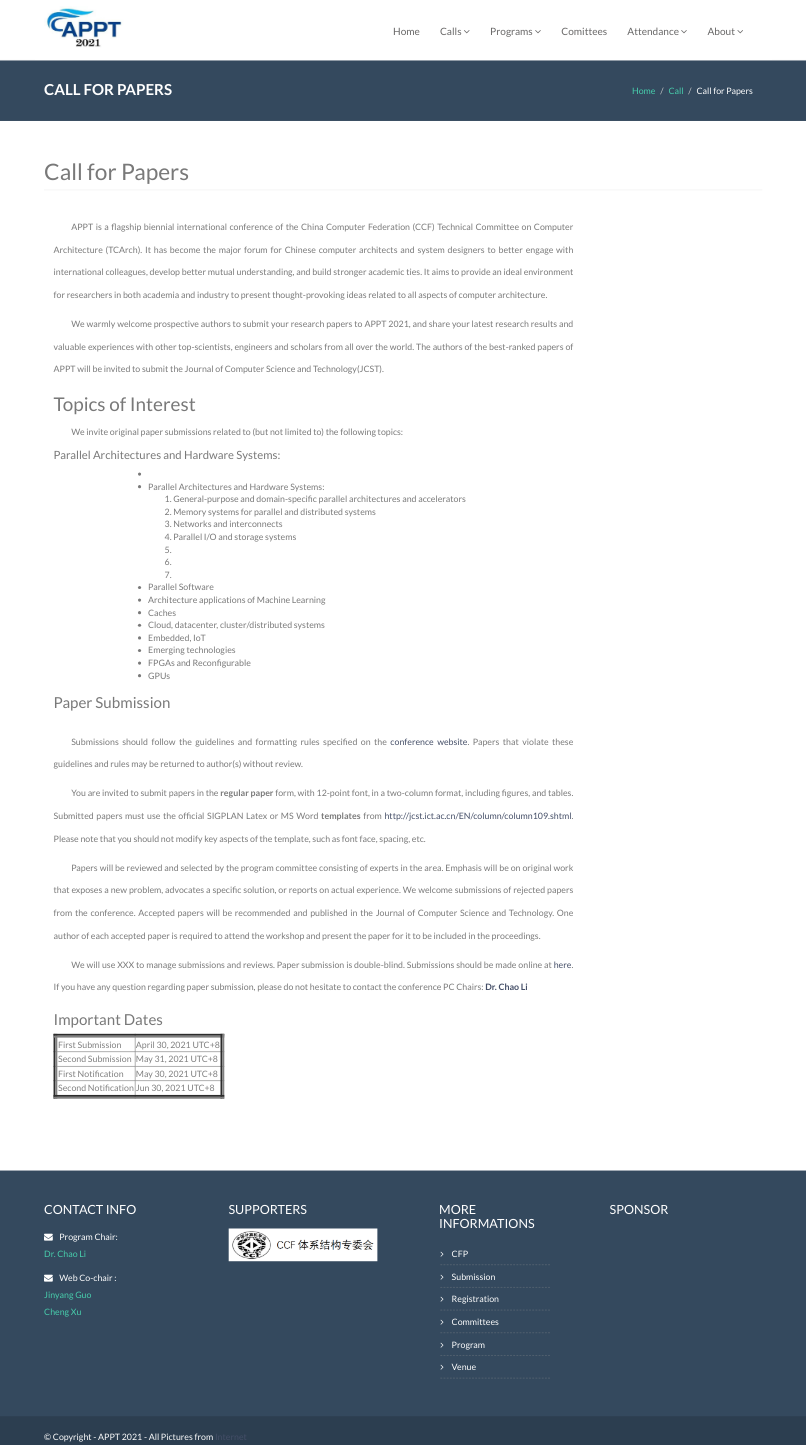
Repository: APPT2021/APPT2021.github.io
Page: call-papers.html
The author's editor kept a copy of each file at every save. The page is drawn from the files as they stood at one save, then again after a run of saves.
The browser window is 1280 px wide. The pictures show the whole page, at 63% of full size.

Above is the page before, as saved 2021-03-25 00:29:23.
Console error: ReferenceError: jQuery is not defined

### call-papers.html
<!DOCTYPE html>
<html lang="en">
  <head>
	  <script type="text/javascript" src="js/common/description.js"></script>

	  <script src="https://cdn.bootcss.com/semantic-ui/2.4.1/semantic.js"></script>
    	<link href="https://cdn.bootcss.com/semantic-ui/2.4.1/semantic.css" rel="stylesheet">

    <!-- Bootstrap core CSS -->
    <link href="css\bootstrap.min.css" rel="stylesheet">
    <link href="css\theme.css" rel="stylesheet">
    <link href="css\bootstrap-reset.css" rel="stylesheet">
    <!--external css-->
    <link href="assets\font-awesome\css\font-awesome.css" rel="stylesheet">
    <link rel="stylesheet" href="css\flexslider.css">
    <link href="assets\bxslider\jquery.bxslider.css" rel="stylesheet">
    <link rel="stylesheet" href="css\animate.css">
    <link href='http://fonts.googleapis.com/css?family=Lato' rel='stylesheet' type='text/css'>



      <!-- Custom styles for this template -->
    <link rel="stylesheet" type="text/css" href="css\component.css">
    <link href="css\style.css" rel="stylesheet">
    <link href="css\style-responsive.css" rel="stylesheet">

    <!-- HTML5 shim and Respond.js IE8 support of HTML5 tooltipss and media queries -->
    <!--[if lt IE 9]>
      <script src="js/html5shiv.js"></script>
      <script src="js/respond.min.js"></script>
    <![endif]-->
    <style type="text/css">
<!--
.STYLE1 {	font-size: 24px;
	font-weight: bold;
}
.STYLE2 {	font-size: 16px;
	font-weight: bold;
}
.p1{line-height: 27pt;word-wrap: break-word;text-indent: 2em;text-align: justify;}
-->
    </style>
</head>

  <body>
    <!--header start-->
    <script type="text/javascript" src="js/common/header.js"></script>
    <!--header end-->

    <!--breadcrumbs start-->
    <div class="breadcrumbs">
        <div class="container">
            <div class="row">
                <div class="col-lg-4 col-sm-4">
                    <h1>Call for Papers</h1>
                </div>
                <div class="col-lg-8 col-sm-8">
                    <ol class="breadcrumb pull-right">
                        <li><a href="index-real.html">Home</a></li>
						<li><a href="call-summary.html">Call</a></li>
                        <li class="active">Call for Papers</li>
                    </ol>
                </div>
            </div>
        </div>
    </div>
    <!--breadcrumbs end-->

    <!--container start-->
    <div class="component-bg">
        <div class="container">
            <!-- Forms
================================================== -->
<div class="bs-docs-section mar-b-30" style="padding-left: 0%;">
  <h1 id="forms" class="page-header">Call for Papers </h1>
<br>
  <div class="col-lg-9 col-lg-offset-0" itemprop="articleSection" style = "padding-bottom: 10%">
		<p class="p1">
			APPT is a flagship biennial international conference of the China Computer Federation (CCF) Technical Committee on Computer Architecture (TCArch). It has become the major forum for Chinese computer architects and system designers to better engage with international colleagues, develop better mutual understanding, and build stronger academic ties. It aims to provide an ideal environment for researchers in both academia and industry to present thought-provoking ideas related to all aspects of computer architecture.
		</p>
		<p class="p1">
			We warmly welcome prospective authors to submit your research papers to APPT 2021,
			and share your latest research results and valuable experiences with other top-scientists,
			engineers and scholars from all over the world. The authors of the best-ranked papers of APPT will be invited to submit the Journal of
		    Computer Science and Technology(JCST).
		</p>
		<h2>Topics of Interest</h2>
		<p class="p1">We invite original paper submissions related to (but not limited to) the following topics:</p>

		<h4>Parallel Architectures and Hardware Systems:</h4>
		<ul style="margin-left: 150px;">
			<li style=" text-align: justify;">
			<li style=" text-align: justify;">Parallel Architectures and Hardware Systems:</li>
				<ol>
				<li>General-purpose and domain-specific parallel architectures and accelerators</li>
				<li>Memory systems for parallel and distributed systems</li>
				<li>Networks and interconnects</li>
				<li>Parallel I/O and storage systems</li>
				<li></li>
				<li></li>
				<li></li>
				</ol>
			</li>
			<li style=" text-align: justify;">
				Parallel Software
			</li>
			<li style=" text-align: justify;">
				Architecture applications of Machine Learning
			</li>
			<li style=" text-align: justify;">
				Caches
			</li>
			<li style=" text-align: justify;">
				Cloud, datacenter, cluster/distributed systems
			</li>
			<li style=" text-align: justify;">
				Embedded, IoT
			</li>
			<li style=" text-align: justify;">
				Emerging technologies
			</li>
			<li style=" text-align: justify;">
				FPGAs and Reconfigurable
			</li>
			<li style=" text-align: justify;">
				GPUs
			</li>
		</ul>



		<h3>Paper Submission</h3>
		<br>
		<p class="p1">
			Submissions should follow the guidelines and formatting rules
			 specified on the <a href ="http://jcst.ict.ac.cn/EN/column/column107.shtml">conference website</a>.
			 Papers that violate these guidelines and rules may be returned
			 to author(s) without review.
		</p>
		<p class="p1">
		You are invited to submit papers in the <strong>regular paper</strong> form, with 12-point font, in a two-column format, including figures, and tables. Submitted papers must use the official SIGPLAN Latex or MS Word <strong>templates</strong> from
		<a href="http://jcst.ict.ac.cn/EN/column/column109.shtml">http://jcst.ict.ac.cn/EN/column/column109.shtml</a>. Please note that you should
		not modify key aspects of the template, such as font face, spacing, etc.
		</p>
		<p class="p1">
		 Papers will be reviewed and selected by the program committee consisting of experts in the area.
		 Emphasis will be on original work that exposes a new problem, advocates a specific solution,
		  or reports on actual experience. We welcome submissions of rejected papers from the conference.
		  Accepted papers will be recommended and published in the Journal of Computer Science and Technology.
		  One author of each accepted paper is required to attend the workshop and present the paper for it to be included in the proceedings.
		</p>
<p class="p1">
We will use XXX to manage submissions and reviews. Paper submission is double-blind. Submissions should be made online at <a href="https://mc03.manuscriptcentral.com/jcst">here</a>. If you have any question regarding paper submission, please do not hesitate to contact the conference
		PC Chairs: <a href="mailto: chaol@cs.sjtu.edu.cn"><b>Dr. Chao Li</b> </a>
		</p>
		<h3>Important Dates</h3>


		<table role="grid" style="position: relative; color:black" border="6">
			<tbody>
			  <tr style="opacity: 0.5;">
				<td>First Submission</td>
				<td> April 30, 2021 UTC+8 </td>
			  </tr>
			  <tr style="opacity: 0.5;">
				<td>Second Submission</td>
				<td>May 31, 2021 UTC+8</td>
			  </tr>
			  <tr style="opacity: 0.5;">
				<td>First Notification</td>
				<td>May 30, 2021 UTC+8</td>
			  </tr>
			  <tr style="opacity: 0.5;">
				<td>Second Notification</td>
				<td>Jun 30, 2021 UTC+8</td>
			  </tr>
			</tbody>
		 </table>
<!--
		<h3>Camera Ready Submission / Author Kit</h3>
		<p style="text-align: justify; ">
		For the accepted papers to be included in the proceedings, the camera-ready version must be submitted by using the recommended format. The final PDF has to conform to the requirements for publishing on IEEE Xplore. In addition, the IEEE copyright form has to be submitted and at least one author of the paper must register to the conference at a full rate. The registration must cover any over-length page charge. All the steps listed above must be completed by <b>August 2nd, 2020</b>.
		</p>
		<p style="text-align: justify; ">
		Please note that <i>we will not be able to include your paper in the conference proceedings or in IEEE Xplore if you do not follow the instructions below. The conference organizer also reserves the right to exclude a paper from distribution after the conference (e.g., removal from IEEE Xplore) if it is not presented at the conference.</i>
		</p>

		<h3>Best Paper Award</h3>
		<p style=" text-align: justify;">
		All accepted papers SRDS will compete for the "Prof. C. V. Ramamoorthy Best Paper Award". The SRDS Best Paper is named after Prof. Chittoor V. Ramamoorthy, who was instrumental in the 80's for the success of SRDS, many of his former students have also significantly contributed to the conference.
		</p>

		<p style=" text-align: justify;">
		In addition, the authors of the best ranked papers of SRDS will be invited to submit extended versions of their papers to IEEE Transactions on Dependable and Secure Computing.
		</p>

		<p>&nbsp;</p>
		<h3>SRDS 2020 PC Chairs</h3>
		<p>&nbsp;</p>

		<div class="ui three column grid">
			<div class="column">
				<div class="ui card">
				<a class="image" href="http://web.cs.iastate.edu/~borzoo/" target="_blank">
					<img src="img/committees/borzoo.jpg">
				</a>
				<div class="content">
					<a class="header" href="http://web.cs.iastate.edu/~borzoo/" target="_blank">Borzoo Bonakdarpour</a>
					<div class="meta">
					<a>Iowa State University, USA</a>
					</div>
				</div>
				</div>
			</div>
			<div class="column">
				<div class="ui card">
				<a class="image" href="http://www.cs.sjtu.edu.cn/~lichao/" target="_blank">
					<img src="img/committees/li.jpg">
				</a>
				<div class="content">
					<a class="header" href="http://www.cs.sjtu.edu.cn/~lichao/" target="_blank">Chao Li</a>
					<div class="meta">
					<a>Shanghai Jiao Tong University</a>
					</div>
				</div>
				</div>
			</div>
			<div class="column">
				<div class="ui card">
				<a class="image" href="http://vukolic.com/" target="_blank">
					<img src="img/committees/marko.jpg">
				</a>
				<div class="content">
					<a class="header" href="http://vukolic.com/" target="_blank">Marko Vukolić</a>
					<div class="meta">
					<a>IBM Research-Zurich, Switzerland</a>
					</div>
				</div>
				</div>
			</div>
		</div>

	</div>
  <p>&nbsp;</p>
  <!-- /.bs-example -->
</div>
        </div>
    </div>
    <!--container end-->

	<script type="text/javascript" src="js/common/footer.js"></script>

  <!-- js placed at the end of the document so the pages load faster -->
    <script src="js\jquery.js"></script>
    <script src="js\bootstrap.min.js"></script>
    <script type="text/javascript" src="js\hover-dropdown.js"></script>
    <script defer="" src="js\jquery.flexslider.js"></script>
    <script type="text/javascript" src="assets\bxslider\jquery.bxslider.js"></script>

    <script src="js\jquery.easing.min.js"></script>
    <script src="js\link-hover.js"></script>


     <!--common script for all pages-->
    <script src="js\common-scripts.js"></script>
    <script src="js\wow.min.js"></script>
    <script>
        wow = new WOW(
          {
            boxClass:     'wow',      // default
            animateClass: 'animated', // default
            offset:       0          // default
          }
        )
        wow.init();
    </script>


  </body>
</html>

### css/theme.css
body {
  padding-top: 70px;
  padding-bottom: 30px;
}

.theme-dropdown .dropdown-menu {
  display: block;
  position: static;
  margin-bottom: 20px;
}

.theme-showcase > p > .btn {
  margin: 5px 0;
}

### css/flexslider.css
/*
 * jQuery FlexSlider v2.0
 * http://www.woothemes.com/flexslider/
 *
 * Copyright 2012 WooThemes
 * Free to use under the GPLv2 license.
 * http://www.gnu.org/licenses/gpl-2.0.html
 *
 * Contributing author: Tyler Smith (@mbmufffin)
 */


/* Browser Resets */
.flex-container a:active,
.flexslider a:active,
.flex-container a:focus,
.flexslider a:focus  {outline: none;}
.slides,
.flex-control-nav,
.flex-direction-nav {margin: 0; padding: 0; list-style: none;}

/* FlexSlider Necessary Styles
*********************************/
.flexslider {margin: 0; padding: 0;}
.flexslider .slides > li {display: none; -webkit-backface-visibility: hidden;} /* Hide the slides before the JS is loaded. Avoids image jumping */
.flexslider .slides img {width: 100%; display: block;}
.flex-pauseplay span {text-transform: capitalize;}

/* Clearfix for the .slides element */
.slides:after {content: "."; display: block; clear: both; visibility: hidden; line-height: 0; height: 0;}
html[xmlns] .slides {display: block;}
* html .slides {height: 1%;}

/* No JavaScript Fallback */
/* If you are not using another script, such as Modernizr, make sure you
 * include js that eliminates this class on page load */
.no-js .slides > li:first-child {display: block;}


/* FlexSlider Default Theme
*********************************/
.flexslider {margin: 0 0 0px; background: #fff; border: 4px solid #fff; position: relative; -webkit-border-radius: 4px; -moz-border-radius: 4px; -o-border-radius: 4px; border-radius: 4px; zoom: 1;}
.flex-viewport {max-height: 2000px; -webkit-transition: all 1s ease; -moz-transition: all 1s ease; transition: all 1s ease;}
.loading .flex-viewport {max-height: 300px;}
.flexslider .slides {zoom: 1;}

.carousel li {margin-right: 5px}


/* Direction Nav */
.flex-direction-nav {*height: 0;}

.flex-direction-nav a {width: 30px; height: 30px; margin: -20px 0 0; display: block; background: url(../img/bg_direction_nav.png) no-repeat 0 0; position: absolute; top: 50%; z-index: 10; cursor: pointer; text-indent: -9999px; opacity: 0; -webkit-transition: all .3s ease;}

.flex-direction-nav .flex-next {background-position: 100% 0; right: -36px; }
.flex-direction-nav .flex-prev {left: -36px;}
.flexslider:hover .flex-next {opacity: 0.8; right: 5px;}
.flexslider:hover .flex-prev {opacity: 0.8; left: 5px;}
.flexslider:hover .flex-next:hover, .flexslider:hover .flex-prev:hover {opacity: 1;}
.flex-direction-nav .flex-disabled {opacity: .3!important; filter:alpha(opacity=30); cursor: default;}

/* Control Nav */
.flex-control-nav {width: 100%; position: absolute; bottom: -40px; text-align: center;}
.flex-control-nav li {margin: 0 6px; display: inline-block; zoom: 1; *display: inline;}
.flex-control-paging li a {width: 11px; height: 11px; display: block; background: #666; background: rgba(0,0,0,0.5); cursor: pointer; text-indent: -9999px; -webkit-border-radius: 20px; -moz-border-radius: 20px; -o-border-radius: 20px; border-radius: 20px; box-shadow: inset 0 0 3px rgba(0,0,0,0.3);}
.flex-control-paging li a:hover { background: #333; background: rgba(0,0,0,0.7); }
.flex-control-paging li a.flex-active { background: #000; background: rgba(0,0,0,0.9); cursor: default; }

.flex-control-thumbs {margin: 5px 0 0; position: static; overflow: hidden;}
.flex-control-thumbs li {width: 25%; float: left; margin: 0;}
.flex-control-thumbs img {width: 100%; display: block; opacity: .7; cursor: pointer;}
.flex-control-thumbs img:hover {opacity: 1;}
.flex-control-thumbs .flex-active {opacity: 1; cursor: default;}

@media screen and (max-width: 860px) {
  .flex-direction-nav .flex-prev {opacity: 1; left: 0;}
  .flex-direction-nav .flex-next {opacity: 1; right: 0;}
}

### css/style-responsive.css
@media (min-width: 768px) and (max-width: 980px) {
    .col-4 .item {
        width: 47%;
        margin-right: 2%;
        margin-bottom: 2%;
    }
}

@media (max-width: 768px) {


    .navbar-toggle {
        margin-top: 12px;
    }

    .head-section .navbar-collapse  ul.navbar-nav {
        float: none;
        margin-left: 0;
    }

    .head-section .nav li a:hover,
    .head-section .nav li a:focus,
    .head-section .nav li a.dropdown-toggle:focus,
    .head-section .nav li a.dropdown-toggle .dropdown-menu li a:hover,
    .head-section .nav li.active a,
    .head-section .dropdown-menu li a:hover {
        color: #fff !important;
    }

    .head-section .navbar-nav > li {
        padding: 0;
        margin-bottom: 2px;
    }

    .head-section .nav li ul.dropdown-menu li a {
        margin-left: 0px;
        color: #999!important; ;
    }

    .head-section .nav li .dropdown-menu li a:hover, .head-section .nav li .dropdown-menu li.active a {
        color: #fff !important;
    }

    .purchase-btn, .about-testimonial {
        margin-top: 10px;
    }

    .breadcrumb.pull-right{
        padding: 0;
    }

    .search, .bx-controls-direction {
        display: none;
    }

    .tweet-box {
        margin-bottom: 20px;
    }

    .property img {
        width: 80%;
    }

    .bx-wrapper {
        margin-bottom: 60px;
    }

    .purchase-btn, .about-testimonial {
        margin-top: 0;
    }

    .purchase-btn {
        line-height: 98px;
    }

    .social-link-footer li a {
        font-size: 16px;
        height: 40px;
        width: 40px;
    }

    .navbar-header {
        float: none;
        text-align: center;
        width: 100%;
        margin: 10px 0;
    }

    .navbar-brand {
        float: none;

    }

    .carousel-control {
        font-size: 45px;
        line-height: 70px;
    }

    .btn, .form-control {
        margin-bottom: 10px;
    }



}


@media (max-width: 480px) {

    .head-section .navbar {
        min-height: 60px;
    }

    .navbar-toggle {
        margin-right: -10px;
    }

    .head-section .nav li .dropdown-menu li a:hover {
        color: #48C9B0 !important;
    }

    .navbar-brand {
        margin-top: 10px !important;
        float: left !important;
    }

    .col-4 .item {
        width: 100%;
        margin-right: 0%;
        margin-bottom: 2%;
    }

    .breadcrumb.pull-right{
        float: left !important;
        margin-top: 10px;
        padding: 0;
    }

    .carousel-control {
        font-size: 23px;
        line-height: 38px;
    }
}

@media (max-width:320px) {


}



@media (max-width: 900px) {
    /*Slider Sequence*/
    #sequence-theme .info {
        top:80px !important;
        width:60% !important;
        margin-right:50px;
    }

    /*Slider Parallax*/
    .da-slide .da-img {
        display:none;
    }
}

@media (max-width: 450px) {
    /*Slider Sequence*/
    #sequence-theme .info {
        top:70px !important;
        width:70% !important;
        margin-right:25px;
    }
    #sequence-theme h2 {
        font-size:30px !important;
    }
    #sequence-theme .info p {
        font-size:18px !important;
    }

    /*Slider Parallax*/
    .da-slide p {
        display:none;
    }
}

Loaded but not shown: css/bootstrap.min.css (library); css/bootstrap-reset.css (library); assets/font-awesome/css/font-awesome.css (library); assets/bxslider/jquery.bxslider.css (library); css/animate.css (library); js/jquery.js (library); js/bootstrap.min.js (library); assets/bxslider/jquery.bxslider.js (library); js/jquery.easing.min.js (library); js/wow.min.js (library); js/jquery.flexslider.js (library); js/link-hover.js (621 lines, source omitted); js/common/header.js (79 lines, source omitted); js/common/footer.js (83 lines, source omitted); js/hover-dropdown.js (135 lines, source omitted); js/common/description.js (11 lines, source omitted); js/common-scripts.js (42 lines, source omitted); css/style.css (2977 lines, source omitted); css/component.css (1591 lines, source omitted)

After the next 2 saves:
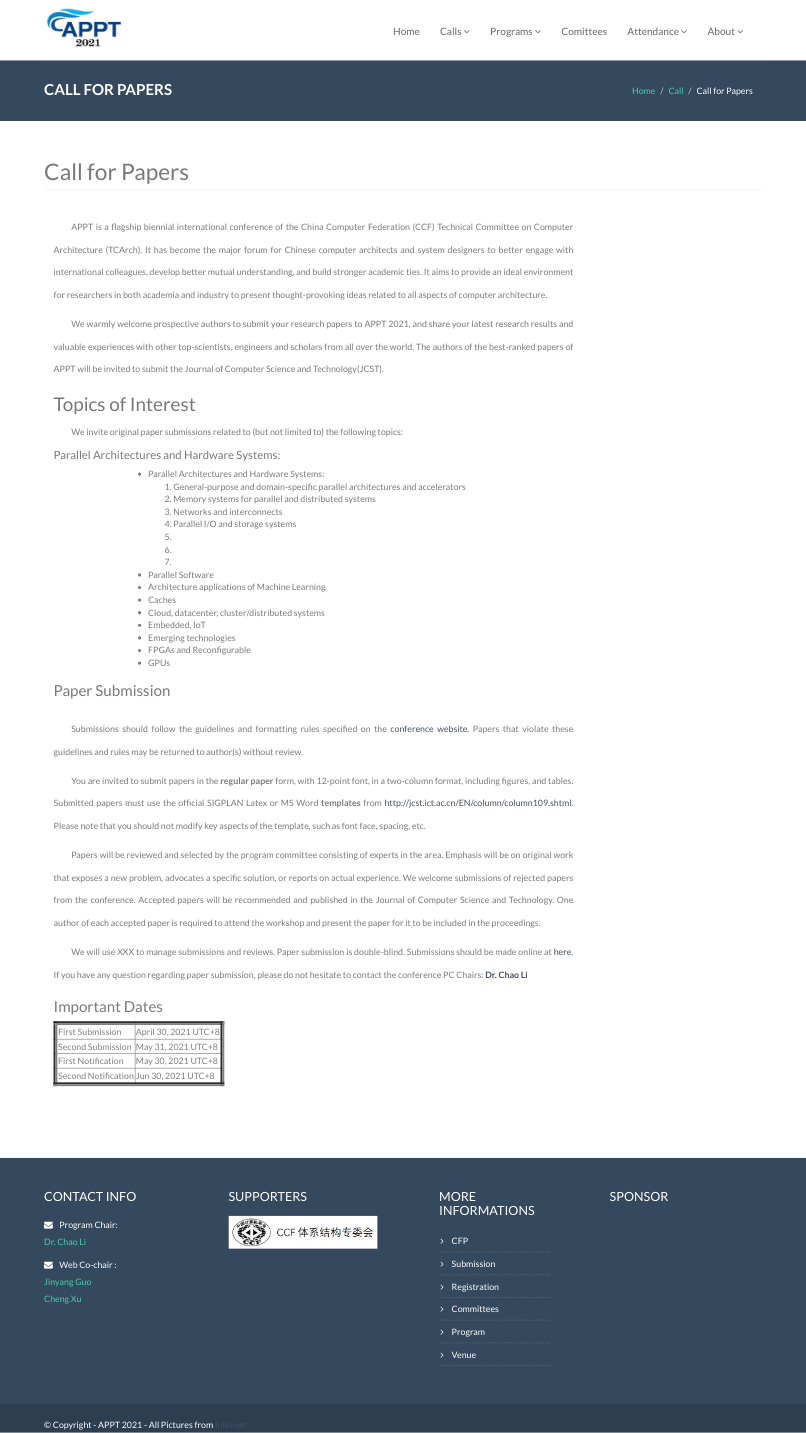
The 2 saves are shown as one change because they came seconds apart.
The last was saved 7 s later.
--- a/call-papers.html
+++ b/call-papers.html
@@ -89,7 +89,6 @@
 
 		<h4>Parallel Architectures and Hardware Systems:</h4>
 		<ul style="margin-left: 150px;">
-			<li style=" text-align: justify;">
 			<li style=" text-align: justify;">Parallel Architectures and Hardware Systems:</li>
 				<ol>
 				<li>General-purpose and domain-specific parallel architectures and accelerators</li>
